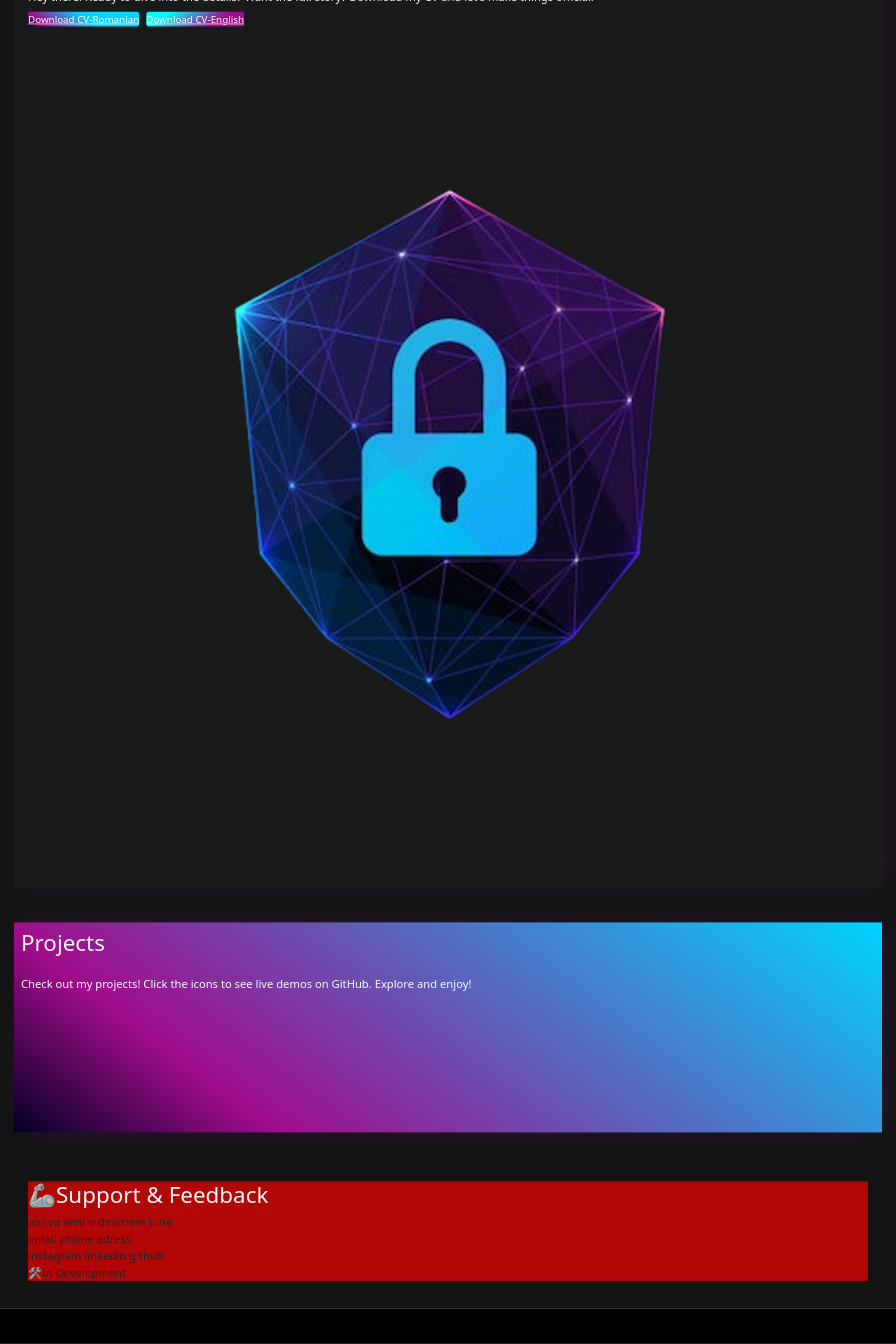
Repository: Sebastiand22/portfolio
Page: index.html
The author's editor kept a copy of each file at every save. The page is drawn from the files as they stood at one save, then again after the next save.
The browser window is 1280 px wide. The pictures show the part of the page from y = 1904 to 3824 px (the page is 3824 px tall), at 70% of full size.

Above is the page before, as saved 2024-09-15 17:35:38.

After the next save:
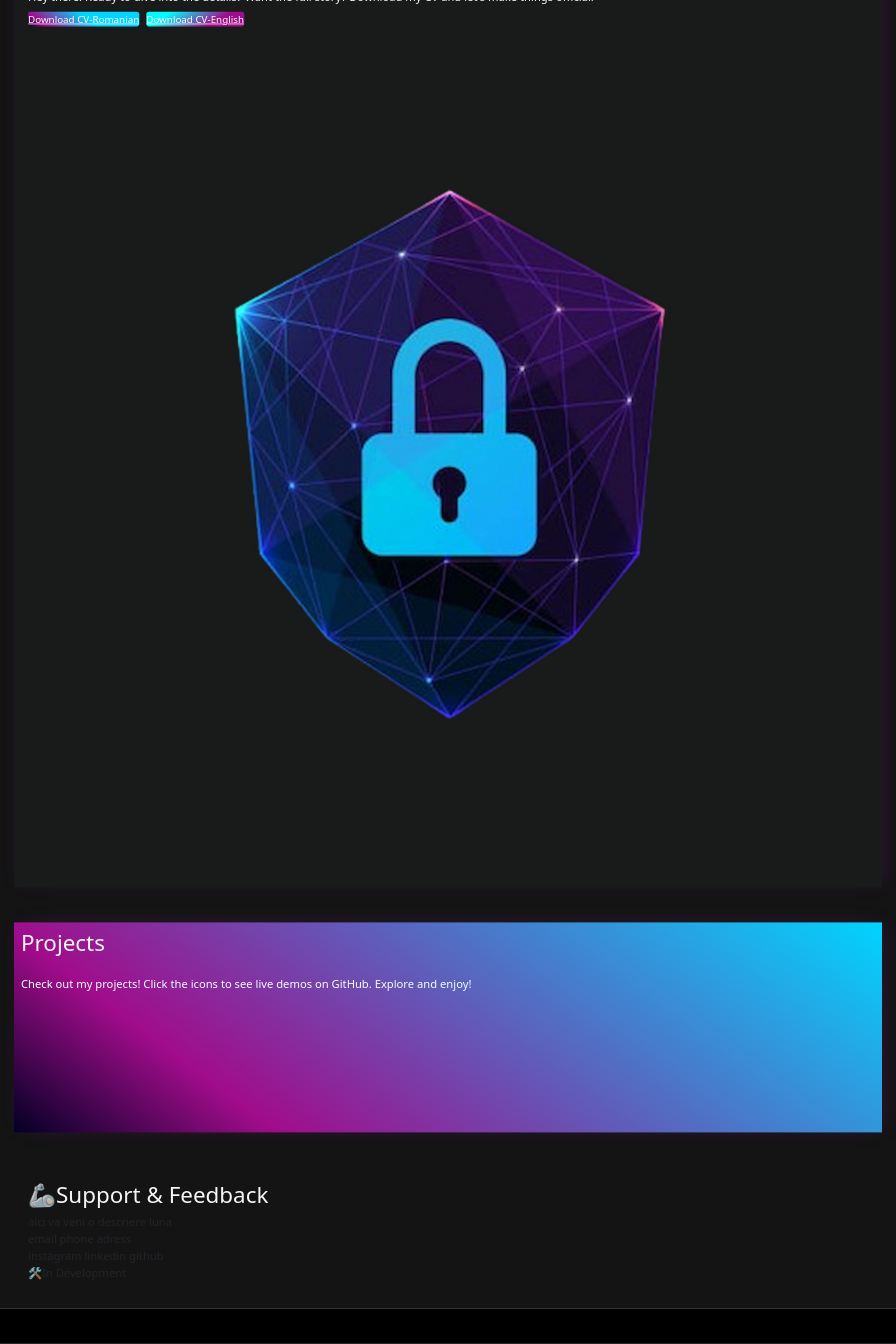
Saved 5 s later.
--- a/index.css
+++ b/index.css
@@ -353,9 +353,7 @@ h2 {
 
 .footer-section {
 
-  gap: 20px;
-  overflow: hidden;
-  background-color:rgb(178, 7, 7)
+
 }
 .black-footer{background-color: black;
 width: 100%;
